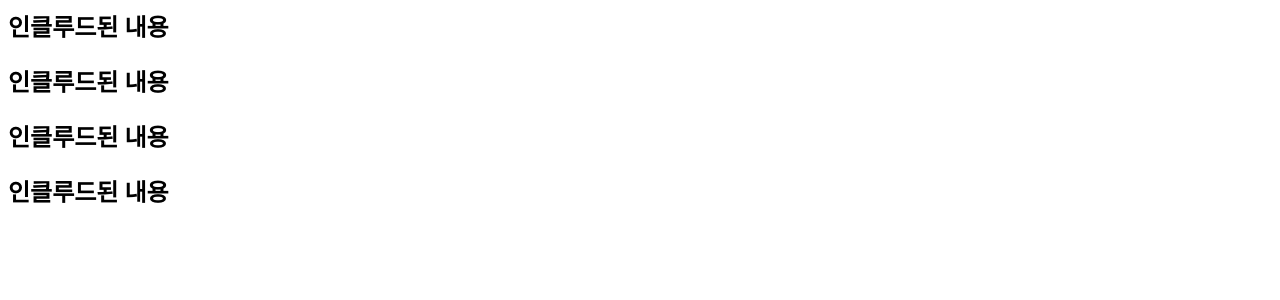
Repository: cdj6995/Web
Page: http://localhost/Lecture-Web/jsp/include/jstl/one.jsp
An editor plug-in stored every save of this project. The page is shown before and after the next save, followed by the edit.
The browser window is 1280 px wide. The pictures show the whole page.
The page is served by Tomcat 9.

Above is the page before, as saved 2022-06-13 05:10:26.

After the next save:
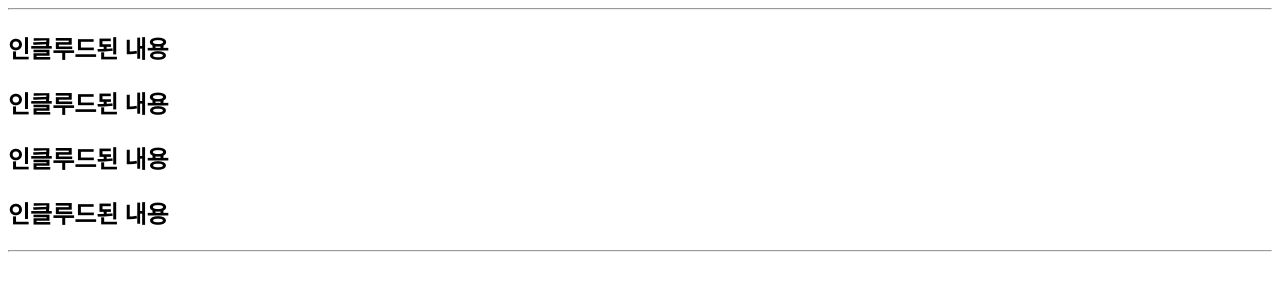
Saved 22 s later.
--- a/Lecture-Web/src/main/webapp/jsp/include/jstl/one.jsp
+++ b/Lecture-Web/src/main/webapp/jsp/include/jstl/one.jsp
@@ -1,6 +1,8 @@
 <%@ page language="java" contentType="text/html; charset=UTF-8"
     pageEncoding="UTF-8"%>
+<hr>
 <h2>인클루드된 내용</h2>
 <h2>인클루드된 내용</h2>
 <h2>인클루드된 내용</h2>
 <h2>인클루드된 내용</h2>
+<hr>
